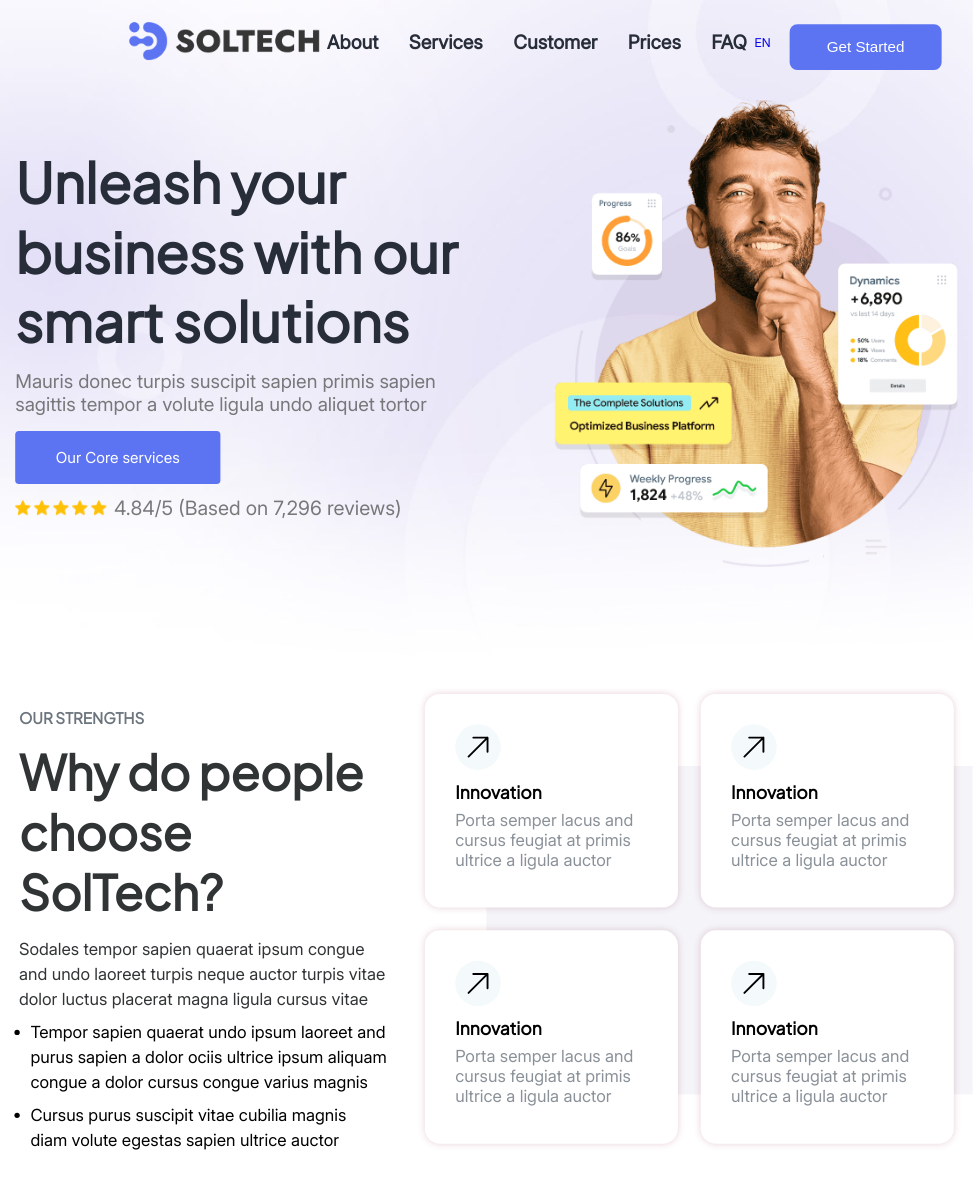
Repository: md-rabbi-hossain/Soltech-html
Page: index.html
The author's editor kept a copy of each file at every save. The page is drawn from the files as they stood at one save, then again after the next save.
The browser window is 1280 px wide. The pictures show the whole page, at 76% of full size.

Above is the page before, as saved 2025-01-10 02:54:52.

### index.html
<!DOCTYPE html>
<html lang="en">
  <head>
    <meta charset="UTF-8" />
    <meta name="viewport" content="width=device-width, initial-scale=1.0" />
    <link rel="stylesheet" href="Css/style.css" />
    <title>Soltech</title>
  </head>
  <body>
    <header class="main-container">
      <div class="Hero-parents-container">
        <nav>
          <div class="logo">
            <img src="image/logo-1.png" alt="Logo" />
          </div>
          <ul class="menu">
            <li class="dropdown">
              <a href="#">About</a>
              <ul class="dropdown-menu">
                <li><a href="#">Our Team</a></li>
                <li><a href="#">Our Mission</a></li>
                <li><a href="#">History</a></li>
              </ul>
            </li>
            <li><a href="#">Services</a></li>
            <li><a href="#">Customer</a></li>
            <li><a href="#">Prices</a></li>
            <li><a href="#">FAQ</a></li>
          </ul>
          <div class="actions">
            <div class="dropdown">
              <li><a href="#">EN</a></li>
              <ul class="dropdown-menu">
                <li><a href="#">English</a></li>
                <li><a href="#">Spanish</a></li>
              </ul>
            </div>
            <button class="get-started">Get Started</button>
          </div>
        </nav>
        <!-- Navbar end here  -->
        <!-- hero start here  -->
        <div class="hero-parents container">
          <div class="left-side">
            <div class="content">
              <h1>Unleash your business with our smart solutions</h1>
              <p>
                Mauris donec turpis suscipit sapien primis sapien sagittis
                tempor a volute ligula undo aliquet tortor
              </p>
              <div>
                <button>Our Core services</button>
              </div>
              <div class="text">
                <div class="icon">
                  <img src="image/star.png" alt="" />
                  <img src="image/star.png" alt="" />
                  <img src="image/star.png" alt="" />
                  <img src="image/star.png" alt="" />
                  <img src="image/star.png" alt="" />
                </div>
                <p>4.84/5 (Based on 7,296 reviews)</p>
              </div>
            </div>
          </div>
          <div class="right">
            <img src="/image/hero-right.png" alt="" />
          </div>
        </div>
      </div>
    </header>
    <section class="main-container cta-section">
      <div class="container">
        <div class="introduction-parent">
          <div class="introduction-text">
            <div class="inner">
              <h4>Our Strengths</h4>
              <h2>Why do people choose SolTech?</h2>
              <p>
                Sodales tempor sapien quaerat ipsum congue and undo laoreet
                turpis neque auctor turpis vitae dolor luctus placerat magna
                ligula cursus vitae
              </p>
              <ul>
                <li>
                  Tempor sapien quaerat undo ipsum laoreet and purus sapien a
                  dolor ociis ultrice ipsum aliquam congue a dolor cursus congue
                  varius magnis
                </li>
                <li>
                  Cursus purus suscipit vitae cubilia magnis diam volute egestas
                  sapien ultrice auctor
                </li>
              </ul>
            </div>
          </div>
          <div class="box-parent">
            <div class="box">
              <div class="box-inner">
                <svg
                  xmlns="http://www.w3.org/2000/svg"
                  fill="none"
                  viewBox="0 0 24 24"
                  stroke-width="1.5"
                  stroke="currentColor"
                  class="size-6"
                >
                  <path
                    stroke-linecap="round"
                    stroke-linejoin="round"
                    d="m4.5 19.5 15-15m0 0H8.25m11.25 0v11.25"
                  />
                </svg>
                <h3>Innovation</h3>
                <p>
                  Porta semper lacus and cursus feugiat at primis ultrice a
                  ligula auctor
                </p>
              </div>
            </div>
            <div class="box">
              <div class="box-inner">
                <svg
                  xmlns="http://www.w3.org/2000/svg"
                  fill="none"
                  viewBox="0 0 24 24"
                  stroke-width="1.5"
                  stroke="currentColor"
                  class="size-6"
                >
                  <path
                    stroke-linecap="round"
                    stroke-linejoin="round"
                    d="m4.5 19.5 15-15m0 0H8.25m11.25 0v11.25"
                  />
                </svg>
                <h3>Innovation</h3>
                <p>
                  Porta semper lacus and cursus feugiat at primis ultrice a
                  ligula auctor
                </p>
              </div>
            </div>
            <div class="box">
              <div class="box-inner">
                <svg
                  xmlns="http://www.w3.org/2000/svg"
                  fill="none"
                  viewBox="0 0 24 24"
                  stroke-width="1.5"
                  stroke="currentColor"
                  class="size-6"
                >
                  <path
                    stroke-linecap="round"
                    stroke-linejoin="round"
                    d="m4.5 19.5 15-15m0 0H8.25m11.25 0v11.25"
                  />
                </svg>
                <h3>Innovation</h3>
                <p>
                  Porta semper lacus and cursus feugiat at primis ultrice a
                  ligula auctor
                </p>
              </div>
            </div>
            <div class="box">
              <div class="box-inner">
                <svg
                  xmlns="http://www.w3.org/2000/svg"
                  fill="none"
                  viewBox="0 0 24 24"
                  stroke-width="1.5"
                  stroke="currentColor"
                  class="size-6"
                >
                  <path
                    stroke-linecap="round"
                    stroke-linejoin="round"
                    d="m4.5 19.5 15-15m0 0H8.25m11.25 0v11.25"
                  />
                </svg>
                <h3>Innovation</h3>
                <p>
                  Porta semper lacus and cursus feugiat at primis ultrice a
                  ligula auctor
                </p>
              </div>
            </div>
          </div>
        </div>
      </div>
    </section>
    <script src="/Js/Script.js"></script>
  </body>
</html>

### Css/style.css
* {
  margin: 0;
  padding: 0;
  box-sizing: border-box;
}
html {
  scroll-behavior: smooth;
}
@font-face {
  font-family: Inter;
  src: url("/Font/Inter_24pt-Regular.ttf") format("woff2");
  src: url("/Font/Inter_24pt-Regular.ttf") format("woff");
  src: url("/Font/Inter_24pt-Regular.ttf") format("truetype");
  font-weight: normal;
  font-style: normal;
}
@font-face {
  font-family: Jakarta;
  src: url("/Font/PlusJakartaSans-Regular.ttf") format("woff2");
  src: url("/Font/PlusJakartaSans-Regular.ttf") format("woff");
  src: url("/Font/PlusJakartaSans-Regular.ttf") format("truetype");
  font-weight: normal;
  font-style: normal;
}
body {
  font-family: Inter;
}
li {
  list-style: none;
}
li a {
  text-decoration: none;
}
.main-container {
  max-width: 100%;
}

.container {
  max-width: 1400px;
  display: block;
  margin: 0 auto;
  padding: 25px;
}
h1 h2 h3 h5 h5 {
  font-family: Jakarta;
}
p {
  color: #8a9198;
}
nav {
  display: flex;
  justify-content: space-between;
  align-items: center;
  padding-left: 170px;
  padding-right: 150px;
  padding-top: 20px;
  padding-bottom: 20px;
  position: relative;
  transition: all 0.3s ease;
  z-index: 1000;
}
nav.sticky {
  background-color: rgba(253, 253, 254, 0.8);
  position: sticky;
  top: 0;
  padding-bottom: 20px;
  box-shadow: 0 4px 6px rgba(0, 0, 0, 0.1);
}
.logo img {
  max-height: 50px;
}
.menu {
  display: flex;
  list-style: none;
  gap: 20px;
}
.menu li {
  position: relative;
}
.menu a {
  text-decoration: none;
  font-size: 25px;
  color: #282d3a;
  font-weight: bold;
  padding: 5px 10px;
}
/* Dropdown Styles */
.dropdown:hover .dropdown-menu {
  display: block;
}
.dropdown-menu {
  display: none;
  position: absolute;
  background: #fff;
  box-shadow: 0 4px 6px rgba(0, 0, 0, 0.1);
  border-radius: 5px;
  margin-top: 10px;
  list-style: none;
  padding: 10px 0;
}
.dropdown-menu li {
  padding: 5px 20px;
}
.dropdown-menu li a {
  color: #282d3a;
}
.dropdown-menu li:hover {
  background: #f1f1f1;
}
.actions {
  display: flex;
  align-items: center;
  gap: 20px;
}
.get-started {
  background: #5d74f2;
  color: #fff;
  font-size: 20px;
  line-height: 28px;
  padding: 6px 22px 8px;
  margin: 12px 5px 0;
  border: none;
  border-radius: 10px;
  width: 200px;
  height: 60px;
  cursor: pointer;
  transition: 0.5s;
}
.get-started:hover {
  background: #f2f0fb;
  border: 1px solid black;
  color: #585f6e;
}

/*  Hero Section Styles Here */
.Hero-parents-container {
  max-width: 100%;
  height: 120vh;
  background-image: url("/image/hero-1.jpg");
  background-size: cover;
  background-repeat: no-repeat;
}
.hero-parents {
  display: flex;
  justify-content: space-between;
  align-items: center;
  gap: 20px;
  padding: 20px;
}

.left-side {
  flex: 1;
}
.left-side h1 {
  font-size: 4.5rem;
  color: #282d3a;
  margin-bottom: 20px;
  font-family: Jakarta;
}
.left-side p {
  font-size: 25px;
  width: 560px;
  color: #5a5a5a; /* Subtle color for the paragraph text */
  margin-bottom: 20px;
  opacity: 0.8;
}

.left-side button {
  background: #5d74f2;
  color: white;
  font-size: 20px;
  padding: 10px 20px;
  border: none;
  border-radius: 5px;
  cursor: pointer;
  width: 270px;
  font-family: Inter;
  height: 70px;
}

.left-side button:hover {
  background: #4b62d8;
}
.icon img {
  width: 20px;
}

.text {
  display: flex;
  align-items: center;
  gap: 10px;
  padding-top: 15px;
}
.icon {
  display: flex;
  gap: 5px;
}

.icon img {
  width: 20px;
  height: 20px;
}

.text p {
  margin: 0;
  font-size: 26px;
}

/* Right Side */
.right {
  flex: 1;
  display: flex;
  justify-content: center;
  align-items: center;
}

.right img {
  max-width: 100%;
  height: auto;
  object-fit: contain;
}
section.main-container.cta-section {
  position: relative;
  overflow: hidden;
  height: 100vh;
  display: flex;
  align-items: center;
}
section.main-container.cta-section::after {
  content: ""; /* Required for pseudo-elements */
  position: absolute;
  top: 20%;
  right: 0; /* Stick it to the right side */
  height: 60%; /* Full height of the section */
  width: 50%; /* Adjust width as needed */
  background: #f4f4f9;
  z-index: -1; /* Place behind content */
}
.introduction-parent {
  display: flex;
  justify-content: space-between;
}

.introduction-text {
  width: 40%;
  margin-right: 50px;
  display: flex;
  align-items: center;
}
.introduction-text .inner h4 {
  font-family: Jakarta;
  color: rgb(108, 117, 125);
  margin-bottom: 20px;
  text-transform: uppercase;
  font-size: 20px;
}
.introduction-text .inner h2 {
  font-family: Jakarta;
  font-size: 63px;
  color: rgb(49, 52, 53);
  margin-bottom: 20px;
}
.introduction-text .inner p {
  line-height: 1.5;
  font-family: Inter;
  font-size: 22px;
  color: rgb(49, 52, 53);
}
.introduction-text .inner ul li {
  list-style: initial;
  margin-left: 15px;
  font-size: 22px;
  line-height: 1.5;
  margin-top: 10px;
}
.box-parent {
  display: flex;
  flex-wrap: wrap;
  width: 60%;
  margin-left: -15px;
  margin-right: -15px;
}
.box {
  width: 50%;
  padding-left: 15px;
  padding-right: 15px;
  padding-bottom: 30px;
}
.box-inner {
  box-shadow: 0 0 10px #99334d3b;
  padding: 40px;
  border-radius: 20px;
  background-color: white;
}
.box-inner h3 {
  font-family: Jakarta;
  font-size: 23px;
  margin-bottom: 10px;
}
.box-inner p {
  font-family: Inter;
  font-size: 22px;
  margin-bottom: 10px;
}
.box-inner svg {
  width: 60px;
  height: 60px;
  background: #f4f9fc;
  padding: 10px;
  margin-bottom: 10px;
  border-radius: 50%;
}

### Js/Script.js
window.onscroll = function () {
  let navbar = document.querySelector("nav");
  if (window.pageYOffset > 0) {
    navbar.classList.add("sticky");
  } else {
    navbar.classList.remove("sticky");
  }
};

After the next save:
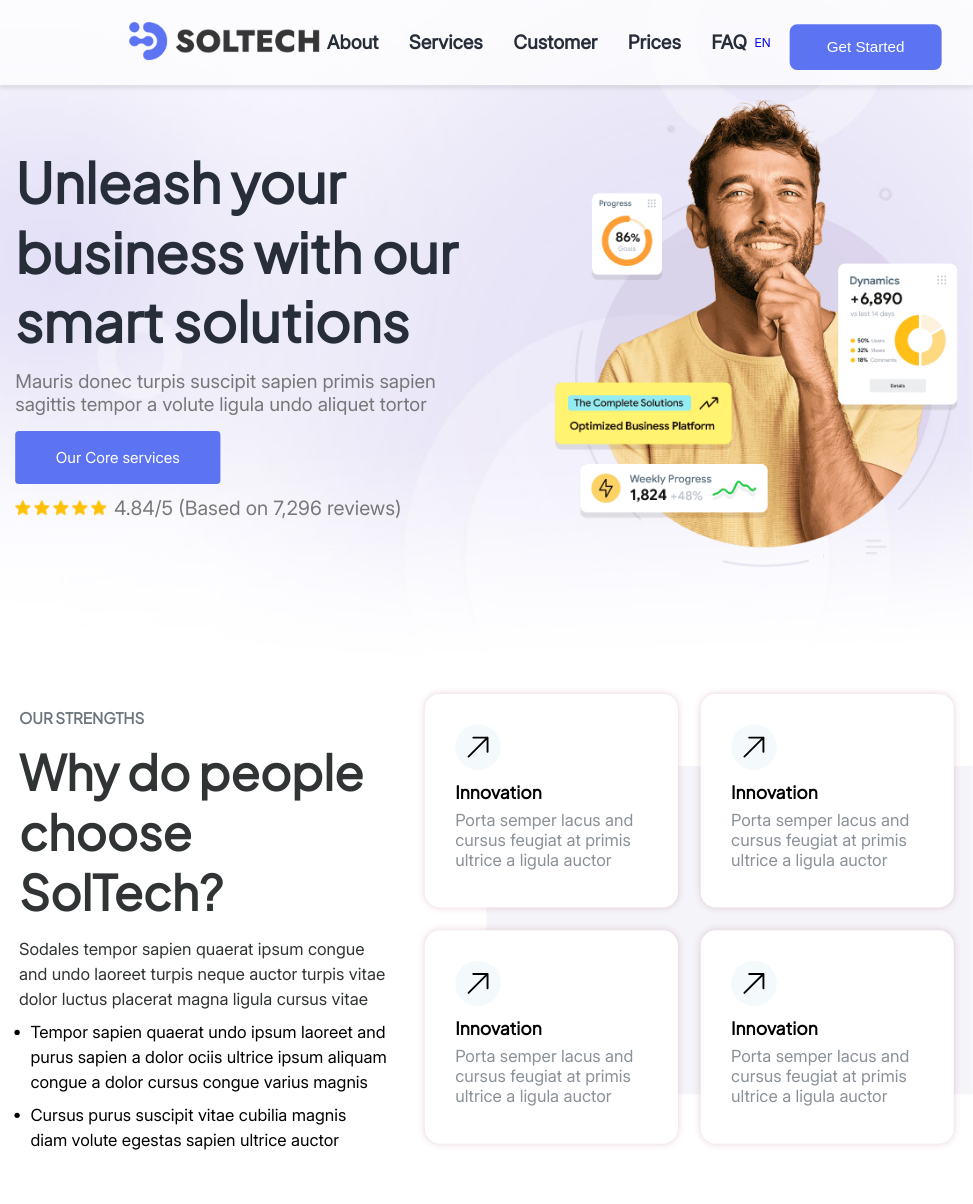
Saved 4 min 47 s later.
--- a/Js/Script.js
+++ b/Js/Script.js
@@ -1,8 +1,4 @@
 window.onscroll = function () {
   let navbar = document.querySelector("nav");
-  if (window.pageYOffset > 0) {
-    navbar.classList.add("sticky");
-  } else {
-    navbar.classList.remove("sticky");
-  }
+  navbar.classList.add("sticky"); // Always keep the sticky class applied globally
 };
